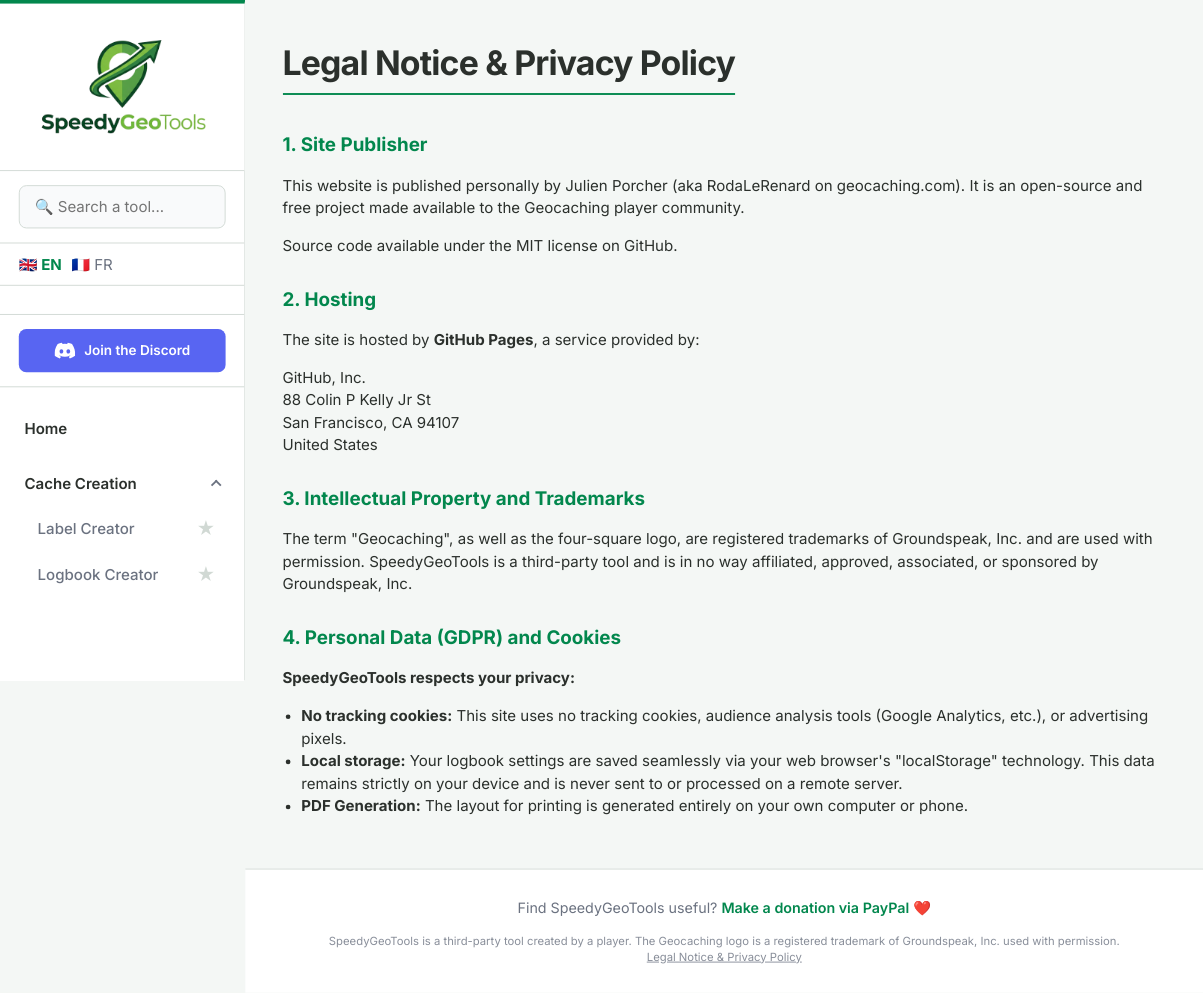
Repository: rodafux/SpeedyGeoTools
Page: legal.html
These files come from the project's save history. The page is drawn as it stood at one moment and after the next save; the edit follows.
The browser window is 1280 px wide. The pictures show the whole page, at 94% of full size.

Above is the page before, as saved 2026-04-11 01:23:30.

After the next save:
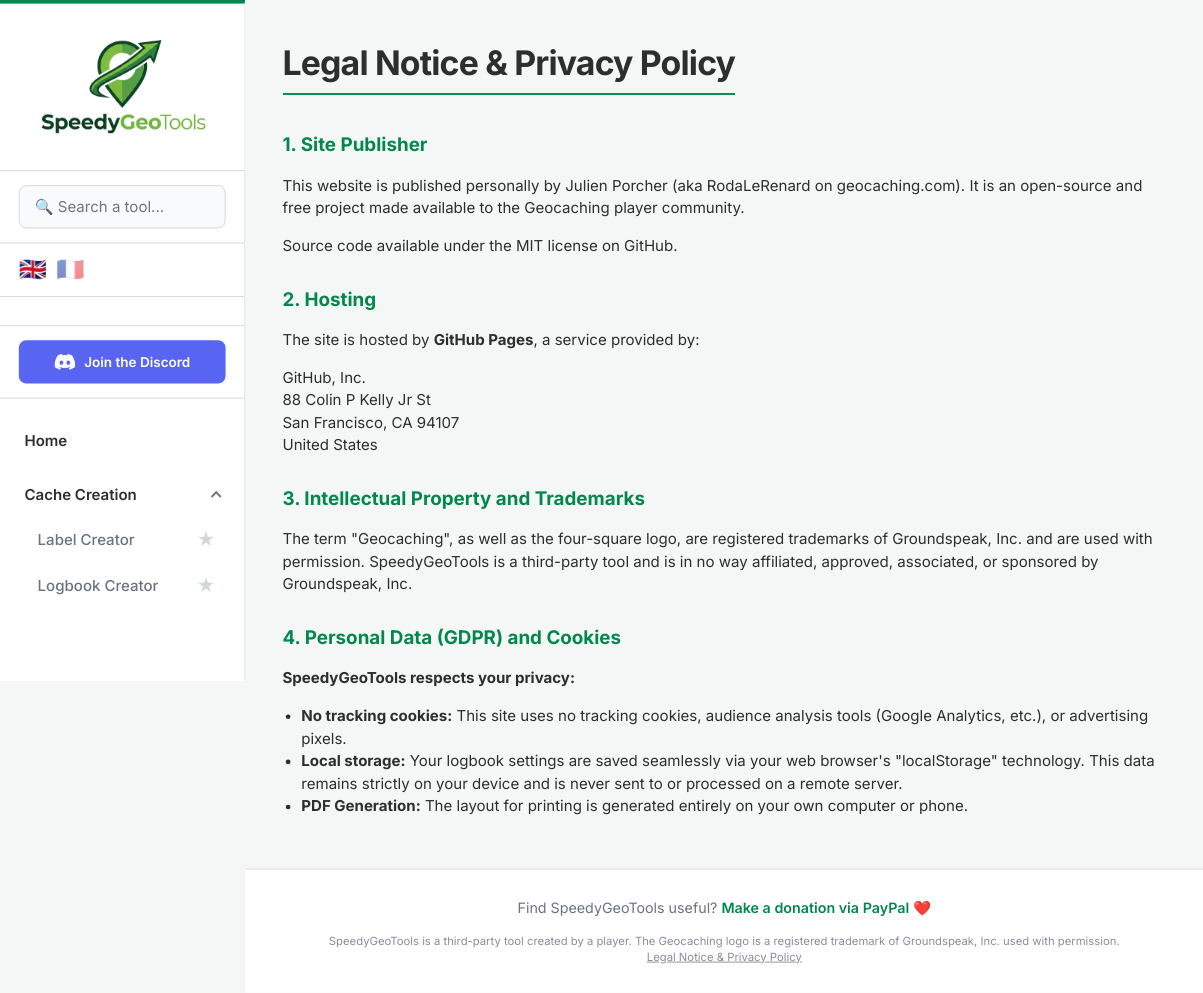
Saved 14 s later.
--- a/legal.html
+++ b/legal.html
@@ -26,8 +26,8 @@
                 <input type="text" id="toolSearch" placeholder="🔍 Search a tool..." onkeyup="filterTools()">
             </div>
             <div style="padding: 10px 20px; border-bottom: 1px solid var(--border-color); display: flex; gap: 10px;">
-                <a href="legal.html" style="text-decoration: none; font-weight: bold; color: var(--primary-color);">🇬🇧 EN</a>
-                <a href="fr/legal.html" style="text-decoration: none; color: var(--text-muted);">🇫🇷 FR</a>
+                <a href="legal.html" style="text-decoration: none; font-size: 1.5rem; opacity: 1;">🇬🇧</a>
+                <a href="fr/legal.html" style="text-decoration: none; font-size: 1.5rem; opacity: 0.5;">🇫🇷</a>
             </div>
             <div id="google_translate_element" class="translation-widget"></div>
             <div class="sidebar-discord">
